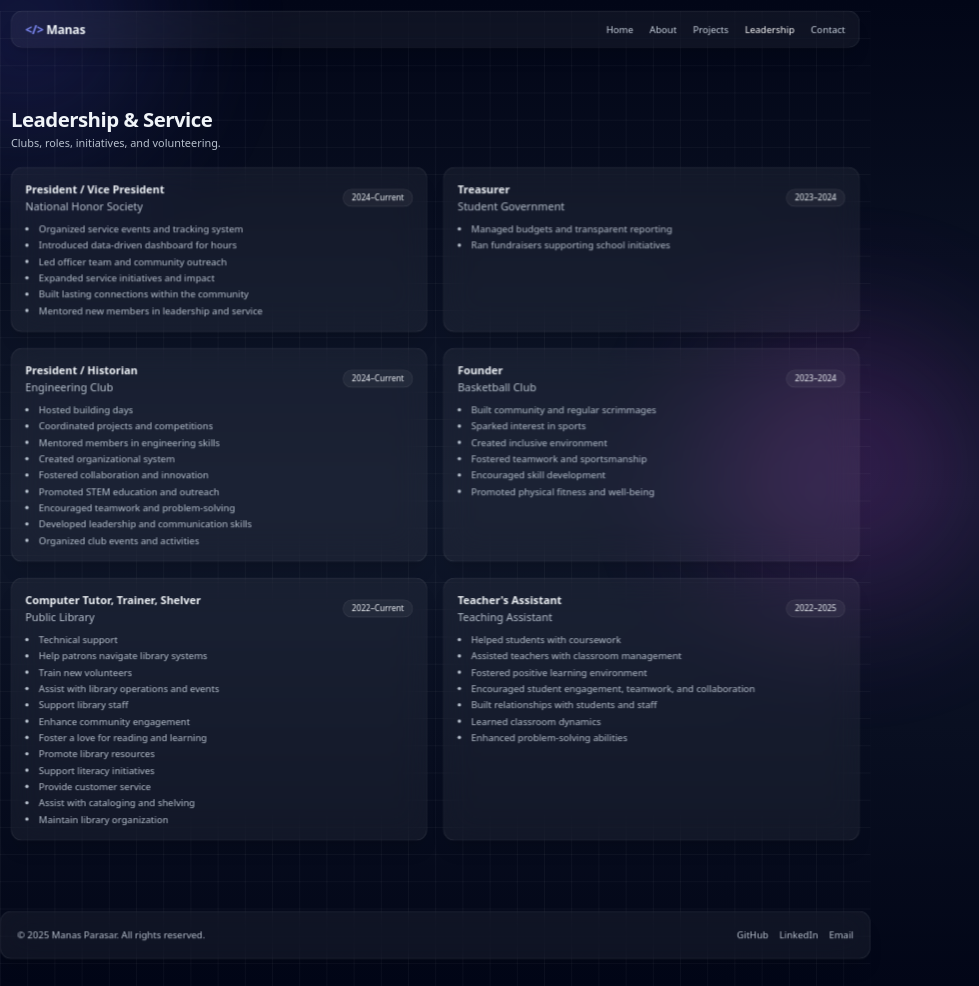
Repository: Manas-Parasar/portfolio-manas-parasar
Page: /leadership
The author's editor kept a copy of each file at every save. The page is drawn from the files as they stood at one save, then again after the next save.
The browser window is 1280 px wide. The page is 1440 px wide, so the pictures cover 1440 px, including what lies to the right of the window. The pictures show the whole page, at 68% of full size.
The project was rebuilt for these pictures with package versions that can differ from the ones it lists, and the page was loaded fresh each time. Also part of the build but not shown: vite.config.js, src/components/Hero.jsx, src/components/ProjectCard.jsx, src/pages/Home.jsx, src/pages/About.jsx, src/pages/Projects.jsx, src/pages/Contact.jsx.

Above is the page before, as saved 2025-08-20 16:17:02.

After the next save:
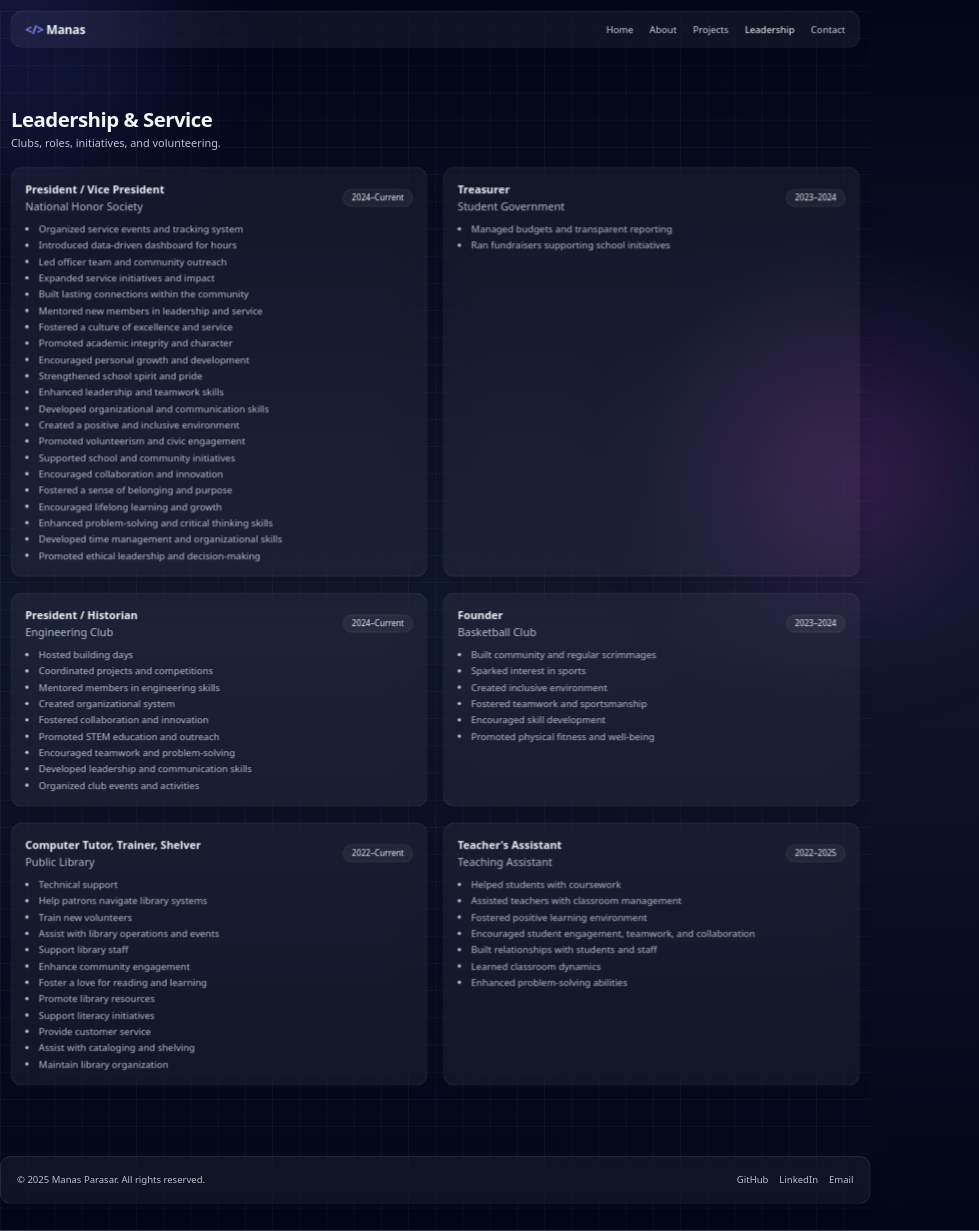
Saved 81 s later.
--- a/src/pages/Leadership.jsx
+++ b/src/pages/Leadership.jsx
@@ -20,6 +20,21 @@ export default function Leadership() {
               "Expanded service initiatives and impact",
               "Built lasting connections within the community",
               "Mentored new members in leadership and service",
+              "Fostered a culture of excellence and service",
+              "Promoted academic integrity and character",
+              "Encouraged personal growth and development",
+              "Strengthened school spirit and pride",
+              "Enhanced leadership and teamwork skills",
+              "Developed organizational and communication skills",
+              "Created a positive and inclusive environment",
+              "Promoted volunteerism and civic engagement",
+              "Supported school and community initiatives",
+              "Encouraged collaboration and innovation",
+              "Fostered a sense of belonging and purpose",
+              "Encouraged lifelong learning and growth",
+              "Enhanced problem-solving and critical thinking skills",
+              "Developed time management and organizational skills",
+              "Promoted ethical leadership and decision-making",
             ]}
           />
           <TimelineItem
